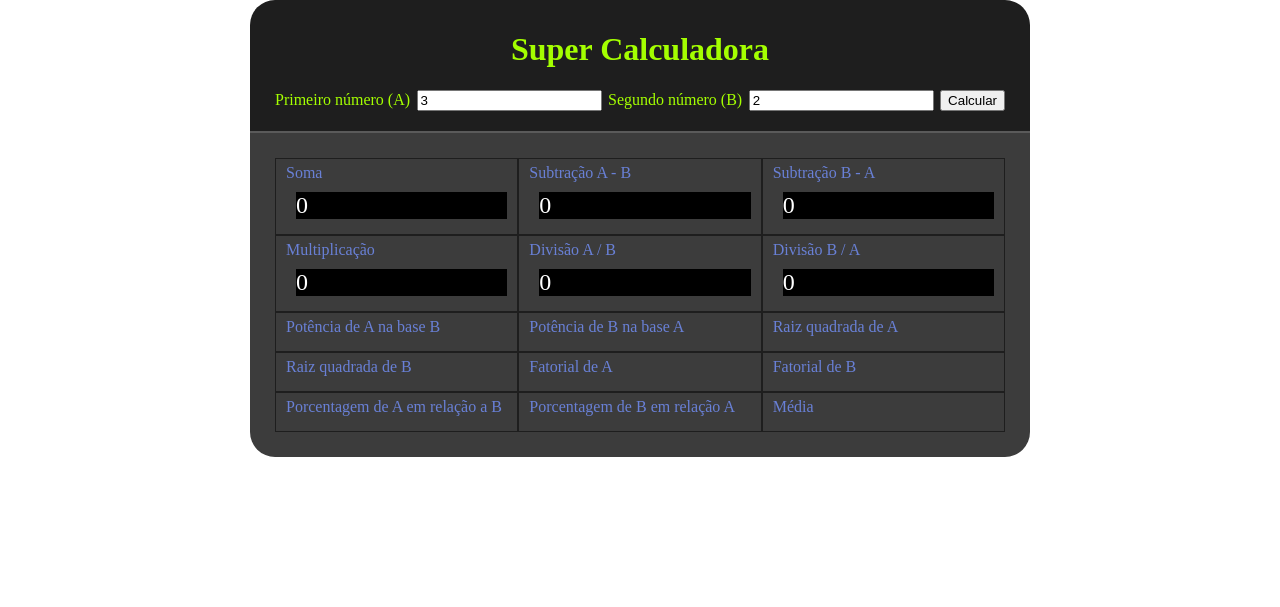
Repository: rrresck/supercalc-xpe
Page: index.html
These files come from the project's save history. The page is drawn as it stood at one moment and after the next save; the edit follows.
The browser window is 1280 px wide. The pictures show the whole page.

Above is the page before, as saved 2023-02-10 21:01:18.
Console error: TypeError: Cannot set properties of null (setting 'innerHTML')

After the next save:
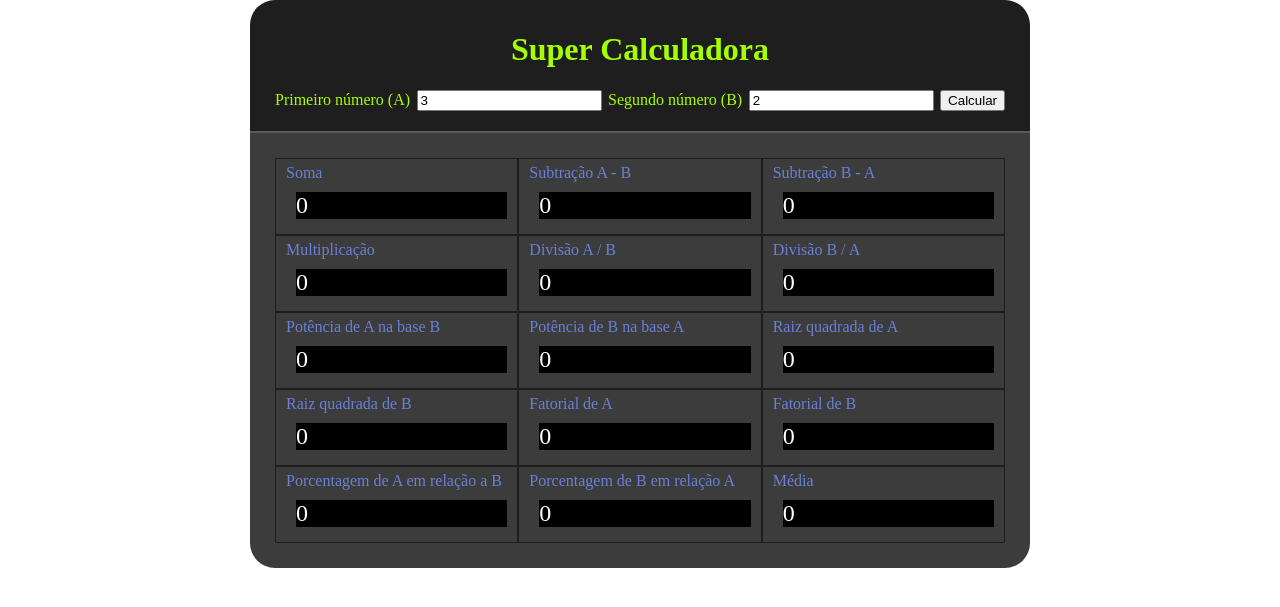
The error is gone.
Saved 24 s later.
--- a/index.html
+++ b/index.html
@@ -50,43 +50,43 @@
         <div class="flex">
             <div class="calculus">
                 <p id="powerALabel">Potência de A na base B</p>
-                <p class="result" id="powerARes"></p>
+                <p class="result" id="powerA"></p>
             </div>
             <div class="calculus">
                 <p id="powerBLabel">Potência de B na base A</p>
-                <p class="result" id="powerBRes"></p>
+                <p class="result" id="powerB"></p>
             </div>
             <div class="calculus">
                 <p id="squareALabel">Raiz quadrada de A</p>
-                <p class="result" id="squareARes"></p>
+                <p class="result" id="squareA"></p>
             </div>
         </div>
         <div class="flex">
             <div class="calculus">
                 <p id="squareBLabel">Raiz quadrada de B</p>
-                <p class="result" id="squareBRes"></p>
+                <p class="result" id="squareB"></p>
             </div>
             <div class="calculus">
                 <p id="factorialALabel">Fatorial de A</p>
-                <p class="result" id="factorialARes"></p>
+                <p class="result" id="factorialA"></p>
             </div>
             <div class="calculus">
                 <p id="factorialBLabel">Fatorial de B</p>
-                <p class="result" id="factorialBRes"></p>
+                <p class="result" id="factorialB"></p>
             </div>
         </div>
         <div class="flex">
             <div class="calculus">
                 <p id="percentageALabel">Porcentagem de A em relação a B</p>
-                <p class="result" id="percentageARes"></p>
+                <p class="result" id="percentageA"></p>
             </div>
             <div class="calculus">
                 <p id="percentageBLabel">Porcentagem de B em relação A</p>
-                <p class="result" id="percentageBRes"></p>
+                <p class="result" id="percentageB"></p>
             </div>
             <div class="calculus">
                 <p id="averageLabel">Média</p>
-                <p class="result" id="averageRes"></p>
+                <p class="result" id="average"></p>
             </div>
         </div>
     </main>
